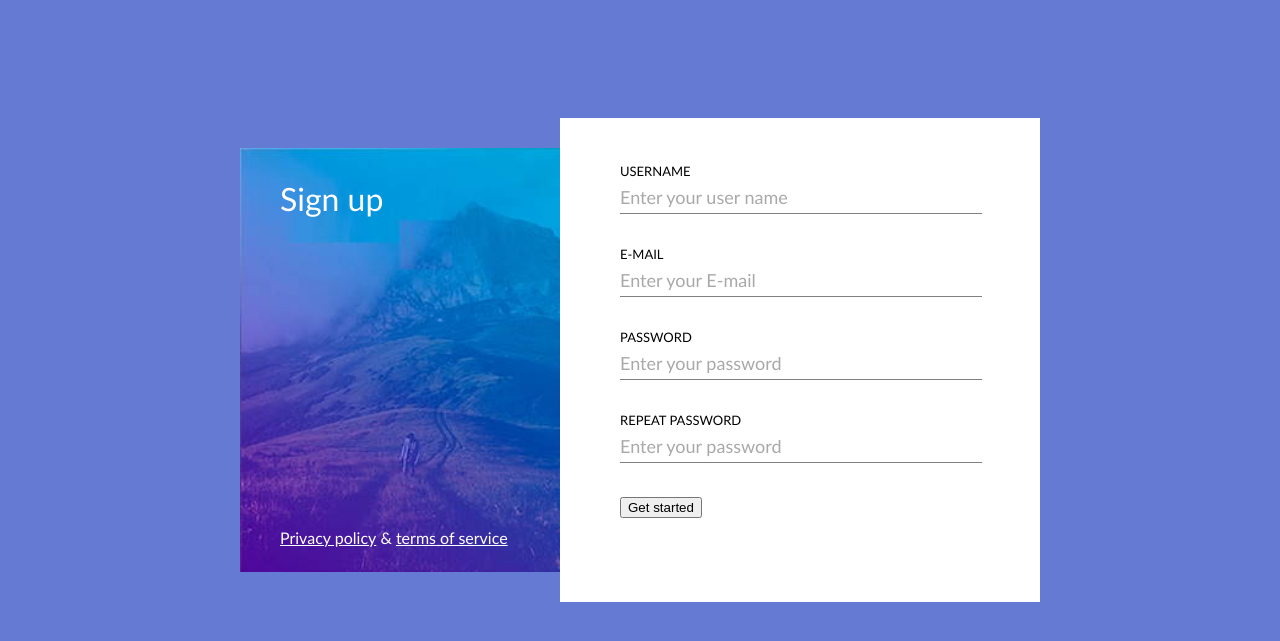
Repository: RugileG/registracijos-forma
Page: index.html
An editor plug-in stored every save of this project. The page is shown before and after the next save, followed by the edit.
The browser window is 1280 px wide. The pictures show the whole page.

Above is the page before, as saved 2021-05-18 10:48:15.

After the next save:
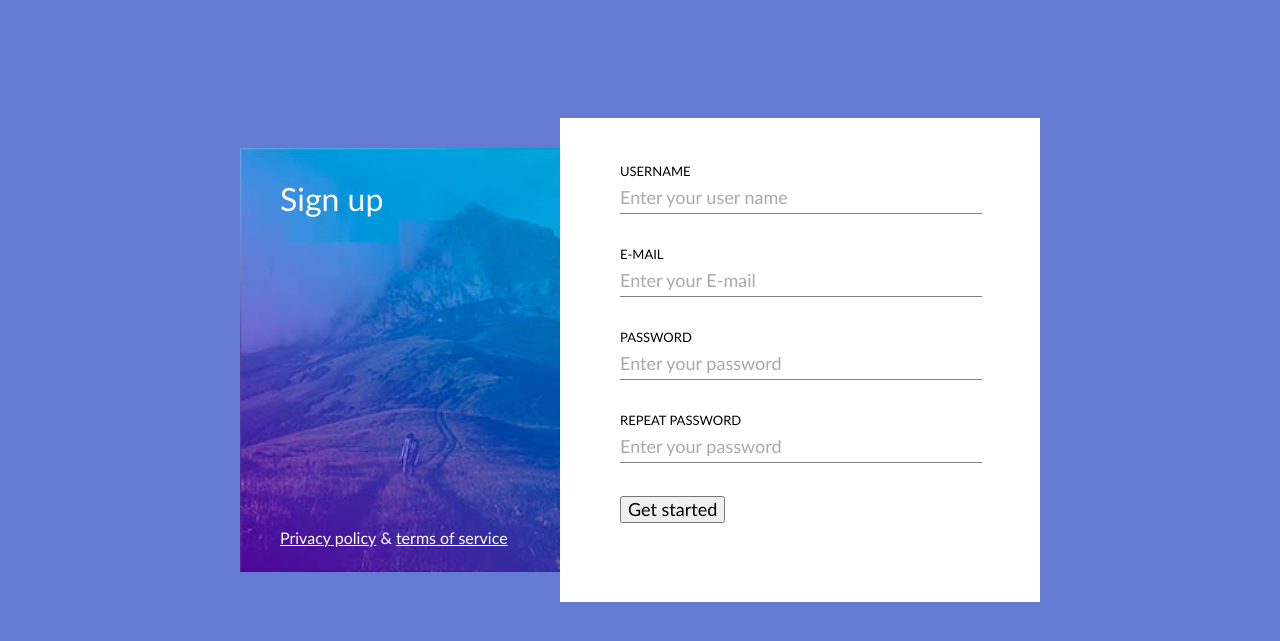
Saved 3 min 15 s later.
--- a/index.html
+++ b/index.html
@@ -111,6 +111,10 @@
             color: #A9A9A9;
         }
 
+        .btn {
+            font: normal normal normal 18px/21px Gill Sans MT;
+        }
+
 
     </style>
 </head>
